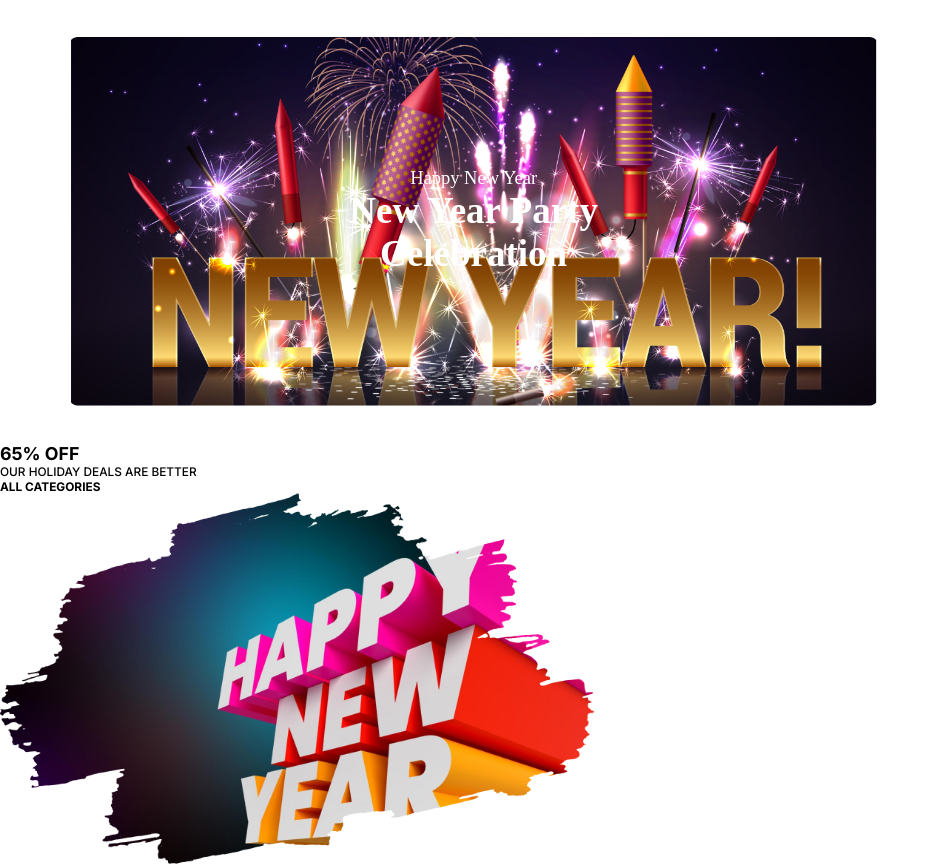
Repository: sumonkumarsarkar/new-year-2024
Page: index.html
An editor plug-in stored every save of this project. The page is shown before and after the next save, followed by the edit.
The browser window is 1280 px wide. The pictures show the whole page, at 74% of full size.

Above is the page before, as saved 2024-01-08 10:24:53.

After the next save:
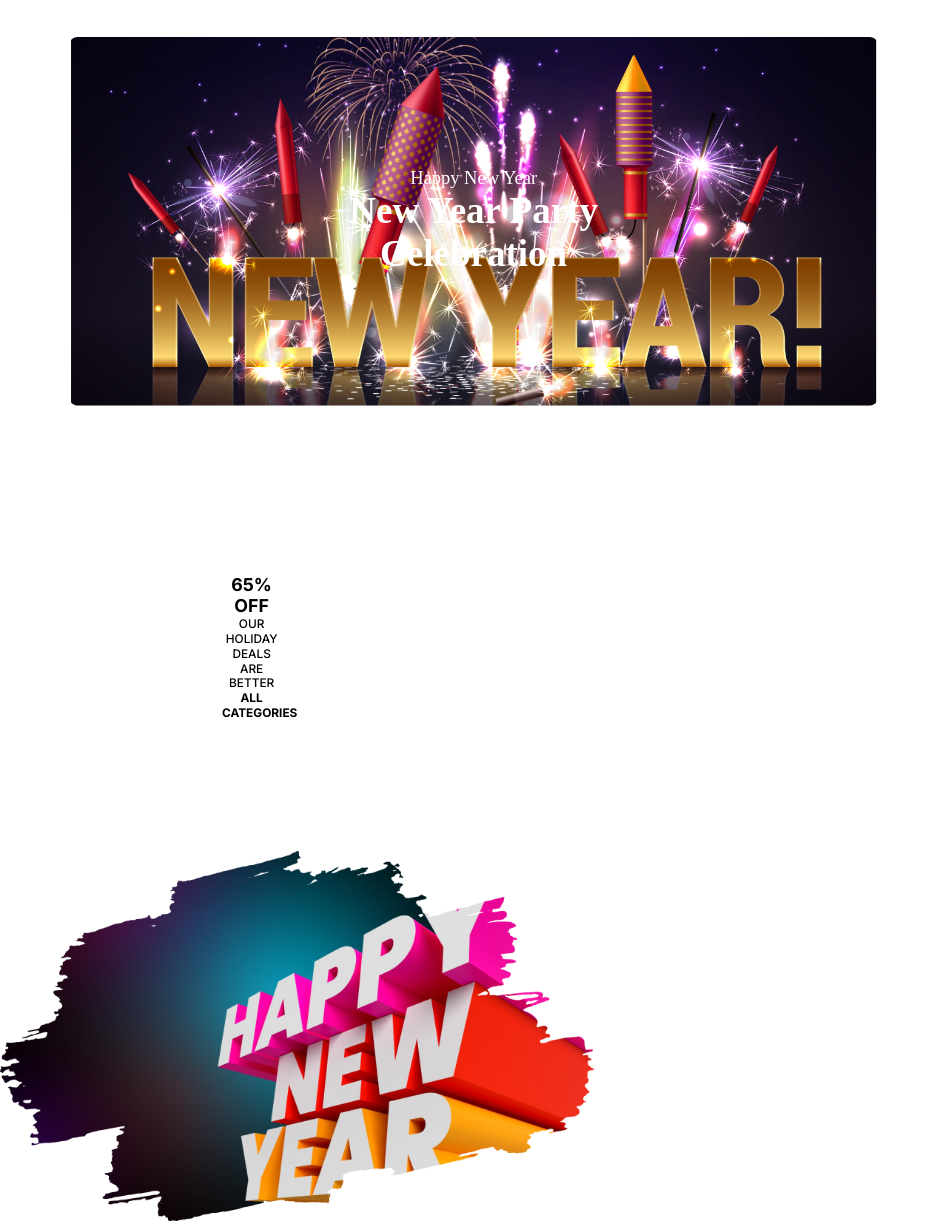
Saved 21 s later.
--- a/style.css
+++ b/style.css
@@ -53,7 +53,9 @@
     max-width: 680px;
 }
 .holiday-text{
-
+ text-align:center;
+   justify-content:center;
+   padding: 177px 300px ;
 }
 
 

After the save that followed:
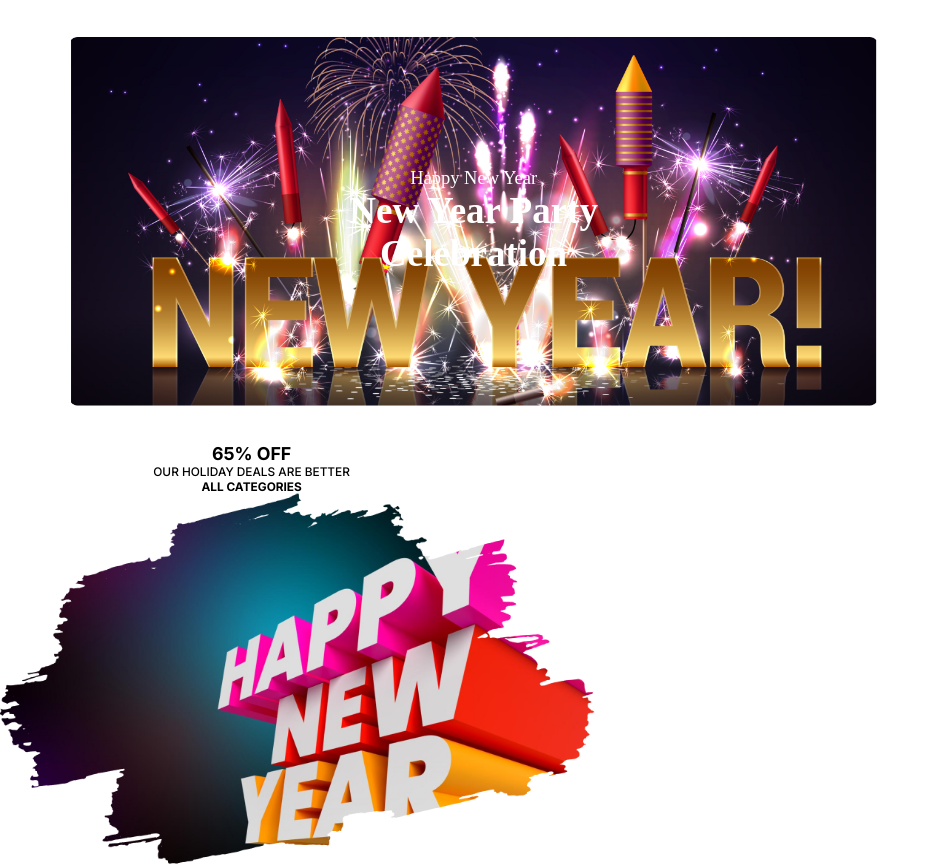
Saved 16 s later.
--- a/style.css
+++ b/style.css
@@ -53,9 +53,9 @@
     max-width: 680px;
 }
 .holiday-text{
- text-align:center;
+   text-align:center;
    justify-content:center;
-   padding: 177px 300px ;
+
 }
 
 
